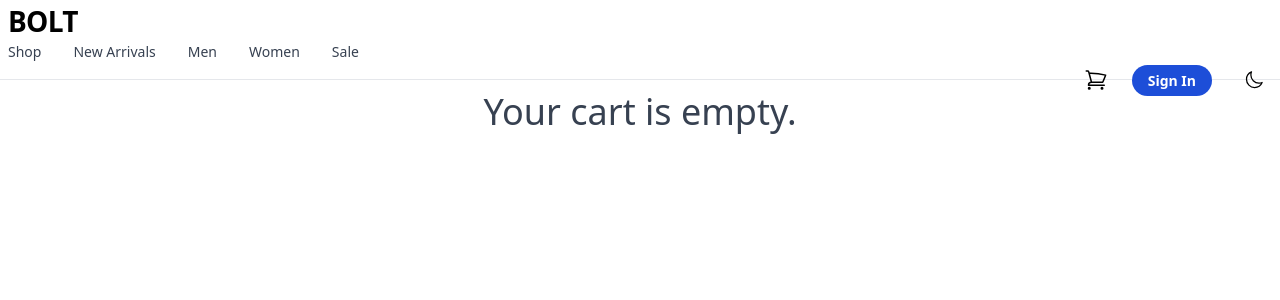
Repository: coder101-js/Ecommer-Store
Page: /Cart
The author's editor kept a copy of each file at every save. The page is drawn from the files as they stood at one save, then again after a run of saves.
The browser window is 1280 px wide. The pictures show the whole page.
The project was rebuilt for these pictures with package versions that can differ from the ones it lists, and the page was loaded fresh each time. The framework's server and built-in components were replaced by stand-ins that run in the browser. Also part of the build but not shown: next.config.mjs.

Above is the page before, as saved 2025-07-19 20:29:27.

### app/layout.js
import "./globals.css";
import "./tailwind-out.css";
import { ThemeProvider } from "next-themes";
import { Geist, Geist_Mono } from "next/font/google";
import Navbar from "./components/Navbar";
import { CartProvider } from "./context/CartContext";
import { Toaster } from "react-hot-toast";

const geistSans = Geist({
  subsets: ["latin"],
  variable: "--font-geist-sans",
});

const geistMono = Geist_Mono({
  subsets: ["latin"],
  variable: "--font-geist-mono",
});

export const metadata = {
  title: "BoltForm",
  description: "Next-gen footwear built for speed ⚡",
  icons: {
    icon: ["/favicon.ico"],
    apple: "/apple-touch-icon.png",
  },
};

export default function RootLayout({ children }) {
  return (
    <html lang="en" suppressHydrationWarning>
      <body className={`${geistSans.variable} ${geistMono.variable}`}>
        <ThemeProvider attribute="class" defaultTheme="system" enableSystem>
          <CartProvider>
            <header className="max-h-screen overflow-hidden">
              <nav>
                <Navbar />
              </nav>
            </header>
            <main>
              <Toaster position="top-right" />
              {children}
            </main>
          </CartProvider>
        </ThemeProvider>
      </body>
    </html>
  );
}

### app/Cart/page.js
"use client";
import { useCart } from "./../context/CartContext";
import Image from "next/image";
export default function CartPage() {
  const { cart, removeFromCart, updateQuantity, clearCart } = useCart();

  const total = cart.reduce((acc, item) => acc + item.price * item.quantity, 0);

  const handleQuantityChange = (id, newQuantity) => {
    if (newQuantity >= 1) {
      updateQuantity(id, newQuantity);
    }
  };

  return (
    <div className="p-8">
      <h1 className="text-3xl font-bold mb-6">🛒</h1>
      {cart.length === 0 ? (
        <p className="text-gray-700 text-4xl block text-center w-full dark:text-white">
          Your cart is empty.
        </p>
      ) : (
        <>
          <div className="space-y-6">
            {cart.map((item) => (
              <div
                key={item.id}
                className="flex flex-col md:flex-row items-center justify-between border-b pb-4"
              >
                {/* Image & Title */}
                <div className="flex items-center gap-4 w-full md:w-1/2">
                  {item.images?.[0] && (
                    <Image
                      src={item.images[0]}
                      alt={item.title}
                      width={200}
                      height={200}
                      className="w-24 h-24 object-cover rounded-md border"
                    />
                  )}
                  <div>
                    <h2 className="text-lg font-semibold">{item.title}</h2>
                    <p className="text-sm text-gray-600 dark:text-white">
                      ${item.price.toFixed(2)}
                    </p>
                  </div>
                </div>

                <div className="flex items-center gap-2 mt-4 md:mt-0">
                  <button
                    onClick={() =>
                      handleQuantityChange(item.id, item.quantity - 1)
                    }
                    className="px-2 py-1 bg-gray-200 rounded hover:bg-gray-300 dark:bg-gray-700 dark:hover:bg-gray-600"
                    disabled={item.quantity <= 1}
                    aria-label={`Decrease quantity of ${item.title}`}
                  >
                    -
                  </button>
                  <input
                    type="number"
                    value={item.quantity ?? 1}
                    min={1}
                    className="w-16 text-center border rounded"
                    onChange={(e) =>
                      handleQuantityChange(item.id, Number(e.target.value))
                    }
                    aria-label={`Quantity of ${item.title}`}
                    onFocus={(e) => e.target.select()}
                  />
                  <button
                    onClick={() =>
                      handleQuantityChange(item.id, item.quantity + 1)
                    }
                    className="px-2 py-1 bg-gray-200 rounded hover:bg-gray-300 dark:bg-gray-700 dark:hover:bg-gray-600"
                    aria-label={`Increase quantity of ${item.title}`}
                  >
                    +
                  </button>
                  <button
                    onClick={() => removeFromCart(item.id)}
                    className="ml-2 text-red-500 hover:text-red-600"
                    aria-label={`Remove ${item.title} from cart`}
                  >
                    ✖
                  </button>
                </div>
              </div>
            ))}
          </div>

          <div className="mt-6 text-right space-y-2">
            <div className="text-xl font-bold">Total: ${total.toFixed(2)}</div>
            <div className="flex gap-3 justify-end">
              <button
                onClick={clearCart}
                className="px-5 py-2 bg-red-500 hover:bg-red-600 text-white rounded"
              >
                Clear Cart
              </button>
              <button
                onClick={() => {
                  alert("Redirecting to checkout...");
                }}
                className="px-5 py-2 bg-green-600 hover:bg-green-700 text-white rounded"
              >
                Proceed to Checkout
              </button>
            </div>
          </div>
        </>
      )}
    </div>
  );
}

### app/globals.css
@tailwind base;
@tailwind components;
@tailwind utilities;

.max-h-screen{
  max-height: 100vh;
}

### app/components/Navbar.jsx
"use client";

import Link from "next/link";
import { useState, useEffect } from "react";
import { useTheme } from "next-themes";
import { usePathname, useRouter } from "next/navigation";
import { useCart } from "./../context/CartContext";
import {
  SunIcon,
  MoonIcon,
  ShoppingCartIcon,
  Bars3Icon,
  XMarkIcon,
} from "@heroicons/react/24/outline";
import {
  motion,
  AnimatePresence,
  useScroll,
  useTransform,
} from "framer-motion";

export default function Navbar() {
  const { resolvedTheme, setTheme } = useTheme();
  const pathName = usePathname();
  const router = useRouter();

  const [mounted, setMounted] = useState(false);
  const [mobileOpen, setMobileOpen] = useState(false);
  const { cart } = useCart();
  const cartCount = cart.reduce((total, item) => total + item.quantity, 0);
  const [navLinks, setNavLinks] = useState([]);
  const [searchQuery, setSearchQuery] = useState("");

  const { scrollY } = useScroll();
  const height = useTransform(scrollY, [0, 80], ["80px", "60px"]);
  const fontSize = useTransform(scrollY, [0, 80], ["1.75rem", "1.5rem"]);

  useEffect(() => {
    setMounted(true);
    setNavLinks(["Shop", "New Arrivals", "Men", "Women", "Sale"]);
  }, []);

  const toggleTheme = () => {
    setTheme(resolvedTheme === "light" ? "dark" : "light");
  };

  const handleSearchSubmit = (e) => {
    e.preventDefault();
    if (searchQuery.trim()) {
      router.push(`/shop?search=${encodeURIComponent(searchQuery)}`);
    }
  };

  return (
    <>
      <motion.nav
        style={{ height }}
        className="fixed top-0 left-0 w-full z-50 bg-white dark:bg-black border-b border-gray-200 dark:border-neutral-800 backdrop-blur transition-colors mb-4"
      >
        <div className="max-w-7xl mx-auto px-2 sm:px-4 lg:px-6">
          {/* Logo */}
          <motion.div
            style={{ fontSize }}
            className="font-extrabold tracking-tight text-black dark:text-white select-none"
          >
            <Link href="/">BOLT</Link>
          </motion.div>

          {/* Desktop Nav */}
          <div className="hidden md:flex items-center space-x-8">
            {navLinks.map((link) => (
              <motion.div
                key={link}
                whileHover={{ scale: 1.1 }}
                className="text-sm font-medium text-gray-700 dark:text-gray-300 hover:text-black dark:hover:text-white transition"
              >
                <Link
                  href={
                    link === "Men"
                      ? "/shop?category=mens-shoes"
                      : link === "Women"
                      ? "/shop?category=womens-shoes"
                      : `/${link.toLowerCase().replace(/ /g, "-")}`
                  }
                >
                  {link}
                </Link>
              </motion.div>
            ))}
          </div>

          <div className="flex flex-wrap items-center gap-2 sm:space-x-4 justify-end">
            <motion.div whileTap={{ scale: 0.9 }} className="relative">
              <Link href="/cart">
                <ShoppingCartIcon className="h-6 w-6 text-black dark:text-white" />
                {cartCount > 0 && (
                  <span className="absolute -top-2 -right-2 bg-red-600 text-white rounded-full text-xs w-5 h-5 flex items-center justify-center">
                    {cartCount}
                  </span>
                )}
              </Link>
            </motion.div>

            <motion.div whileHover={{ scale: 1.05 }}>
              <Link
                href="/auth"
                className="px-4 py-1.5 rounded-full text-sm font-semibold bg-blue-700 text-white hover:bg-blue-800 dark:bg-white dark:text-black dark:hover:bg-gray-100 transition"
              >
                Sign In
              </Link>
            </motion.div>

            {/* Theme Toggle */}
            {mounted && (
              <motion.button
                onClick={toggleTheme}
                className="p-2 rounded-full hover:bg-gray-100 dark:hover:bg-neutral-800 transition"
                aria-label="Toggle Theme"
                whileTap={{ rotate: 20 }}
              >
                {resolvedTheme === "light" ? (
                  <MoonIcon className="h-5 w-5 text-black" />
                ) : (
                  <SunIcon className="h-5 w-5 text-white" />
                )}
              </motion.button>
            )}

            {/* Mobile Menu Button */}
            <button
              onClick={() => setMobileOpen(!mobileOpen)}
              className="md:hidden p-2"
              aria-label="Toggle Menu"
            >
              {mobileOpen ? (
                <XMarkIcon className="h-6 w-6 text-black dark:text-white" />
              ) : (
                <Bars3Icon className="h-6 w-6 text-black dark:text-white" />
              )}
            </button>
          </div>
        </div>
      </motion.nav>

      {/* Mobile Menu Overlay */}
      <AnimatePresence>
        {mobileOpen && (
          <motion.div
            initial={{ opacity: 0 }}
            animate={{ opacity: 1 }}
            exit={{ opacity: 0 }}
            className="fixed inset-0 bg-white dark:bg-black z-40 flex flex-col items-center justify-center space-y-6"
          >
            {navLinks.map((link) => (
              <motion.div key={link} whileHover={{ scale: 1.1 }}>
                <Link
                  href={
                    link === "Men"
                      ? "/shop?category=mens-shoes"
                      : link === "Women"
                      ? "/shop?category=womens-shoes"
                      : `/${link.toLowerCase().replace(/ /g, "-")}`
                  }
                  className="text-2xl font-semibold text-gray-800 dark:text-gray-200"
                  onClick={() => setMobileOpen(false)}
                >
                  {link}
                </Link>
              </motion.div>
            ))}
            <motion.div whileTap={{ scale: 0.9 }}>
              <Link
                href="/auth"
                className="px-6 py-2 bg-black text-white rounded-full font-semibold"
                onClick={() => setMobileOpen(false)}
              >
                Sign In
              </Link>
            </motion.div>
          </motion.div>
        )}
      </AnimatePresence>
    </>
  );
}

### app/context/CartContext.js
"use client";
import { createContext, useContext, useState, useEffect } from "react";

const CartContext = createContext();

export const useCart = () => useContext(CartContext);

export const CartProvider = ({ children }) => {
  const [cart, setCart] = useState([]);

  useEffect(() => {
    const savedCart = JSON.parse(localStorage.getItem("cart"));
    if (savedCart) setCart(savedCart);
  }, []);

  useEffect(() => {
    localStorage.setItem("cart", JSON.stringify(cart));
  }, [cart]);

  const addToCart = (product) => {
    setCart((prev) => {
      const existing = prev.find((item) => item.id === product.id);
      if (existing) {
        return prev.map((item) =>
          item.id === product.id
            ? { ...item, quantity: item.quantity + 1 }
            : item
        );
      }
      return [...prev, { ...product, quantity: 1 }];
    });
  };

  const removeFromCart = (id) =>
    setCart((prev) => prev.filter((item) => item.id !== id));

  const updateQuantity = (id, quantity) =>
    setCart((prev) =>
      prev.map((item) =>
        item.id === id ? { ...item, quantity: quantity } : item
      )
    );

  const clearCart = () => setCart([]);

  return (
    <CartContext.Provider
      value={{ cart, addToCart, removeFromCart, updateQuantity, clearCart }}
    >
      {children}
    </CartContext.Provider>
  );
};

### tailwind.config.js
/** @type {import('tailwindcss').Config} */
module.exports = {
  darkMode: "class",
  content: [
    "./app/**/*.{js,ts,jsx,tsx}",
    "./pages/**/*.{js,ts,jsx,tsx}",
    "./components/**/*.{js,ts,jsx,tsx}",
  ],
  theme: {
    extend: {
      keyframes: {
        wavey: {
          "0%, 100%": { transform: "translateY(0) scale(1)" },
          "50%": { transform: "translateY(-20px) scale(1.05)" },
        },
        floatX: {
          "0%, 100%": { transform: "translateX(0) rotate(0deg)" },
          "50%": { transform: "translateX(20px) rotate(2deg)" },
        },
      },
      animation: {
        wavey: "wavey 6s ease-in-out infinite",
        floatX: "floatX 8s ease-in-out infinite",
      },
    },
  },
  plugins: [],
};

Loaded but not shown: app/tailwind-out.css (library)

After the next 2 saves:
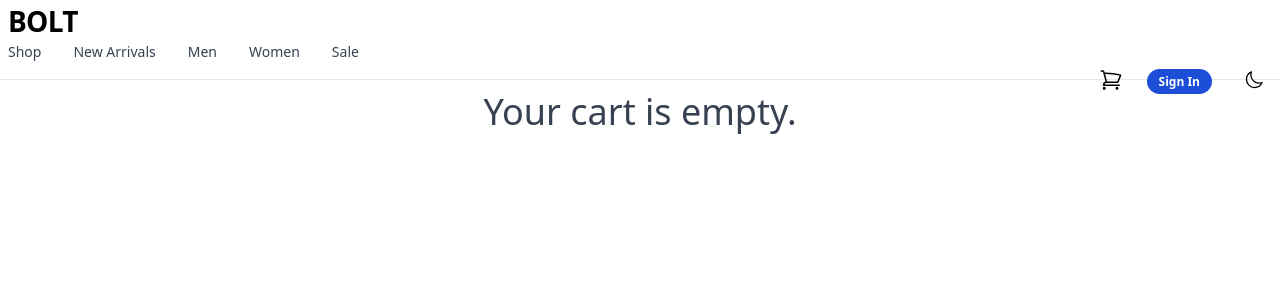
The 2 saves are shown as one change because they came seconds apart.
The last was saved 22 s later.
--- a/app/components/Navbar.jsx
+++ b/app/components/Navbar.jsx
@@ -104,7 +104,7 @@
             <motion.div whileHover={{ scale: 1.05 }}>
               <Link
                 href="/auth"
-                className="px-4 py-1.5 rounded-full text-sm font-semibold bg-blue-700 text-white hover:bg-blue-800 dark:bg-white dark:text-black dark:hover:bg-gray-100 transition"
+                className="px-3 py-1 text-xs sm:text-sm rounded-full font-semibold bg-blue-700 text-white hover:bg-blue-800 dark:bg-white dark:text-black dark:hover:bg-gray-100 transition"
               >
                 Sign In
               </Link>

After the 2 saves that followed:
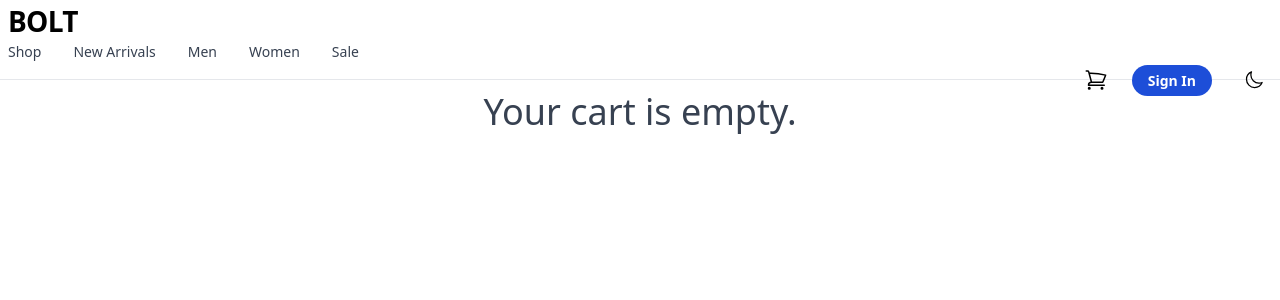
The 2 saves are shown as one change because 1 left the picture as it was.
The last was saved 29 s later.
--- a/app/components/Navbar.jsx
+++ b/app/components/Navbar.jsx
@@ -104,7 +104,7 @@
             <motion.div whileHover={{ scale: 1.05 }}>
               <Link
                 href="/auth"
-                className="px-3 py-1 text-xs sm:text-sm rounded-full font-semibold bg-blue-700 text-white hover:bg-blue-800 dark:bg-white dark:text-black dark:hover:bg-gray-100 transition"
+                className="px-4 py-1.5 rounded-full text-sm font-semibold bg-blue-700 text-white hover:bg-blue-800 dark:bg-white dark:text-black dark:hover:bg-gray-100 transition"
               >
                 Sign In
               </Link>
